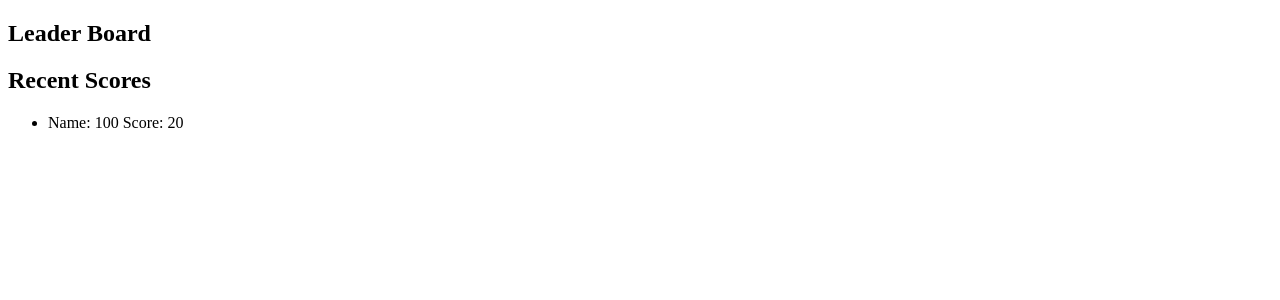
Repository: kennedyowusu/Leaderboard
Page: src/index.html
The author's editor kept a copy of each file at every save. The page is drawn from the files as they stood at one save, then again after the next save.
The browser window is 1280 px wide. The pictures show the whole page.

Above is the page before, as saved 2022-12-20 14:50:36.

After the next save:
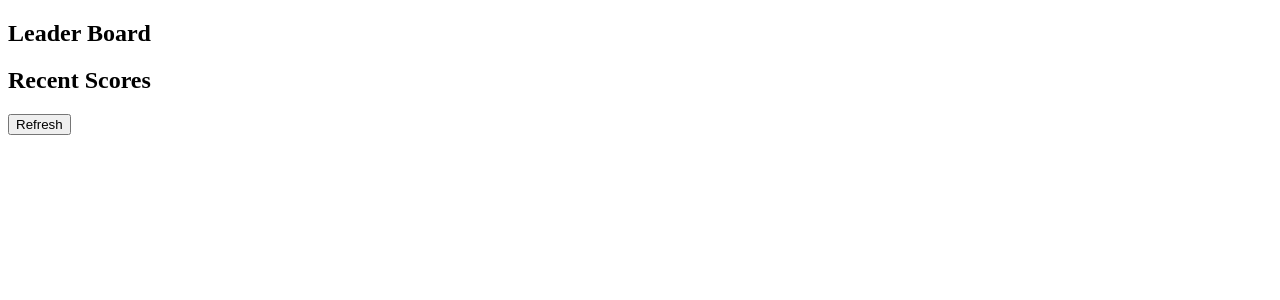
Saved 81 s later.
--- a/src/index.html
+++ b/src/index.html
@@ -12,19 +12,11 @@
    <h1 class="main-title">Leader Board</h1>
 
    <div class="sub-container">
+
     <div class="sub-title">
      <h2>Recent Scores</h2>
+     <button class="refresh">Refresh</button>
     </div>
-    <div class="scores-container">
-     <ul class="scores-list">
-      <li class="score-item">
-       <span class="score-name">Name: 100</span>
-       <span class="score-score">Score: 20</span>
-      </li>
-     </ul>
-    </div>
-
-
 
    </div>
   </section>
